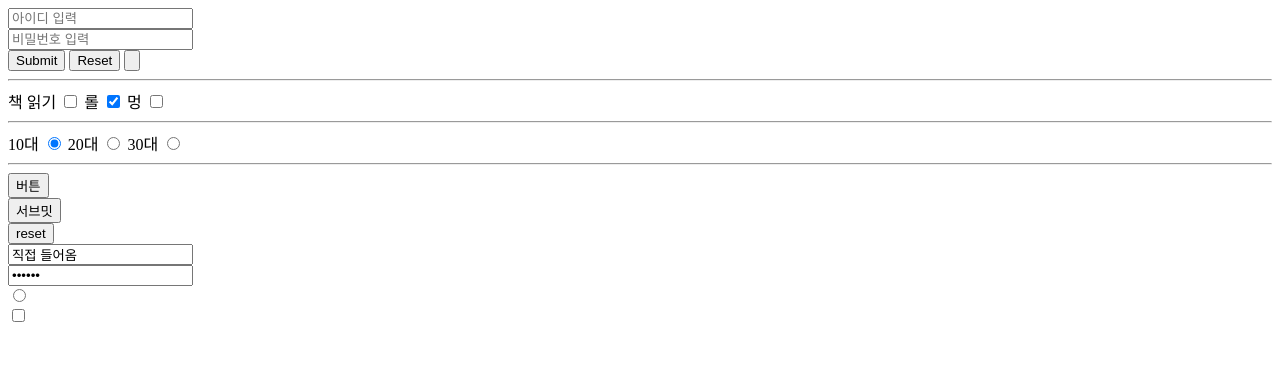
Repository: basstpgns/20201029html
Page: jsp/html/test02.html
These files come from the project's save history. The page is drawn as it stood at one moment and after the next save; the edit follows.
The browser window is 1280 px wide. The pictures show the whole page.

Above is the page before, as saved 2020-10-30 01:01:40.

### jsp/html/test02.html
<!DOCTYPE html>
<html>
<head>
<meta charset="EUC-KR">
<title>Insert title here</title>
</head>
<body>
	<form action="test01.html"> <!-- 버튼을 동작하기 위한 명령어 -->
		<input type="text" placeholder="아이디 입력"><br>
		<input type="text"placeholder="비밀번호 입력"> <br>
		<input type="submit" placeholder="로그인"><!-- submit은 무조건 form으로 묶어줘야 한다. 버튼이 눌렸을 때 action에 경로가 있다면 해당하는 경로로 이동한다. -->
		<input type="reset" placeholder="초기화">
		<input type="button" values="버튼">
	</form>
	<hr>
	책 읽기
	<input type="checkbox"> 롤
	<input type="checkbox" checked> 멍
	<input type="checkbox">
	<hr>
	10대
	<input type="radio" name="age" checked> 20대
	<input type="radio" name="age"> 30대
	<input type="radio" name="age">
	<hr>
	<input type="button" value="버튼">
	<br>
	<input type="submit" value="서브밋">
	<br>
	<input type="reset" value="reset">
	<br>
	<input type="text" value="직접 들어옴">
	<br>
	<input type="password" value="직접 들어옴">
	<br>
	<input type="radio" value="">
	<br>
	<input type="checkbox" value="">
	<br>
</body>
</html>

After the next save:
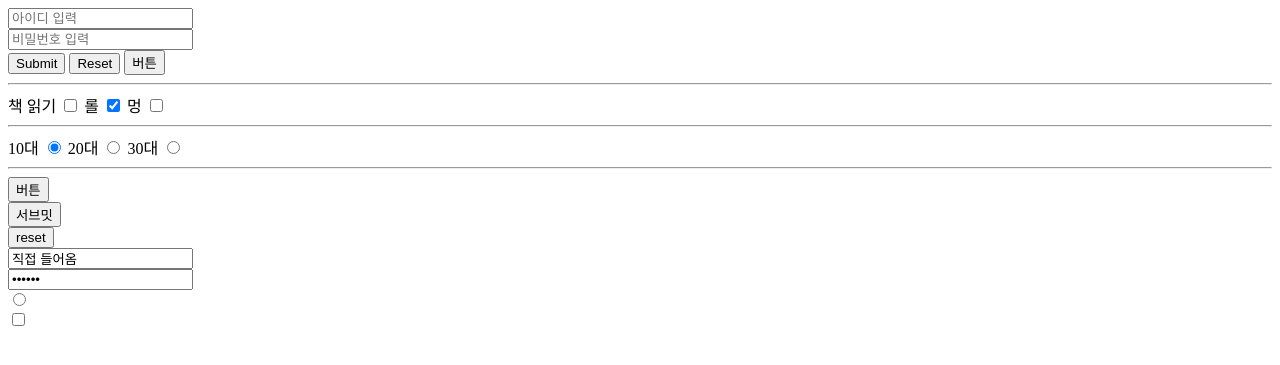
Saved 11 s later.
--- a/jsp/html/test02.html
+++ b/jsp/html/test02.html
@@ -10,7 +10,7 @@
 		<input type="text"placeholder="비밀번호 입력"> <br>
 		<input type="submit" placeholder="로그인"><!-- submit은 무조건 form으로 묶어줘야 한다. 버튼이 눌렸을 때 action에 경로가 있다면 해당하는 경로로 이동한다. -->
 		<input type="reset" placeholder="초기화">
-		<input type="button" values="버튼">
+		<input type="button" value ="버튼">
 	</form>
 	<hr>
 	책 읽기
